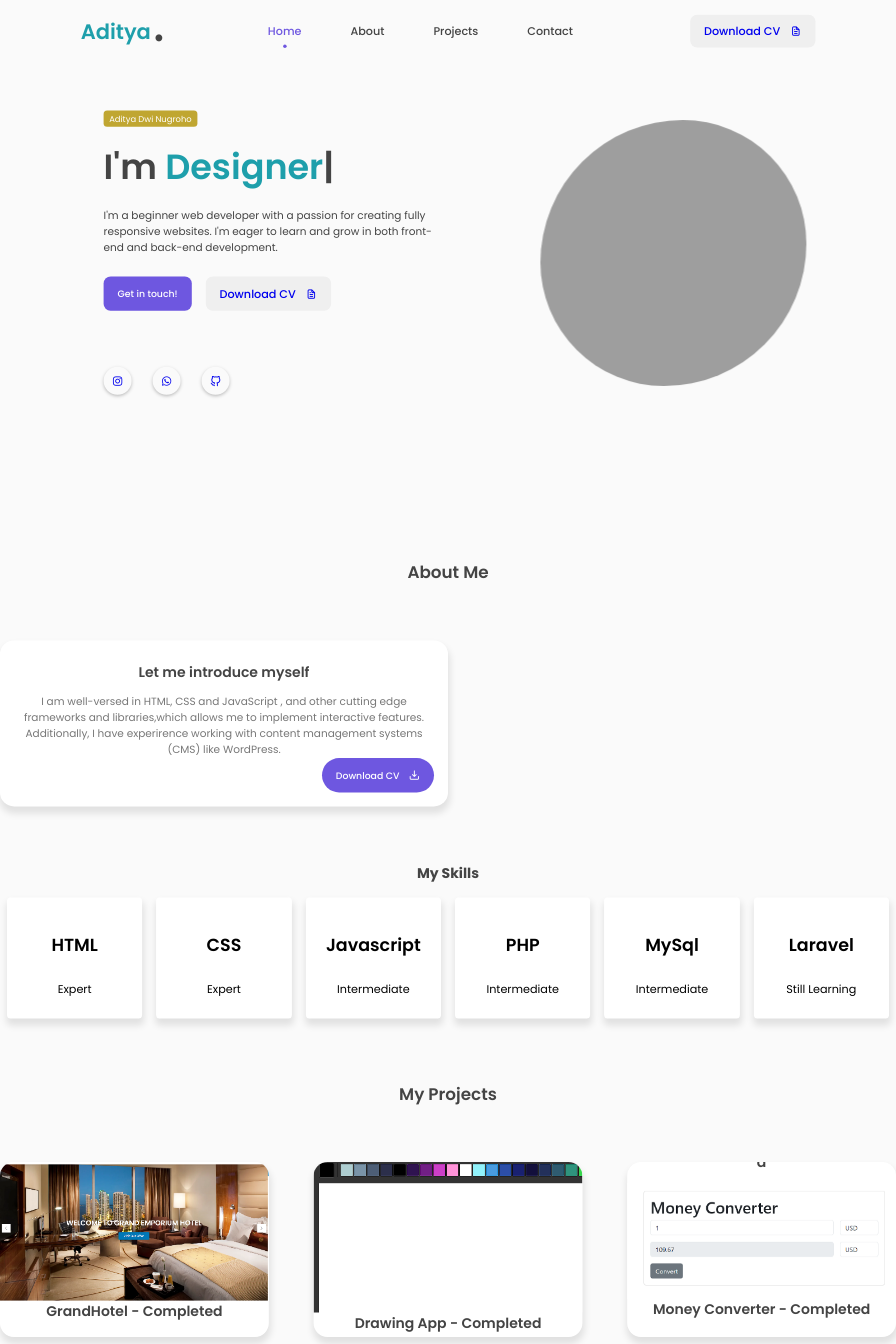
Repository: 4Kbrain/Portofolio
Page: index.html
The author's editor kept a copy of each file at every save. The page is drawn from the files as they stood at one save, then again after a run of saves.
The browser window is 1280 px wide. The pictures show the part of the page from y = 0 to 1920 px (the page is 3007 px tall), at 70% of full size.
Pictures or frames that could not be fetched are drawn as grey boxes.

Above is the page before, as saved 2024-05-15 18:16:14.
Console error: ReferenceError: ScrollReveal is not defined

After the next 3 saves:
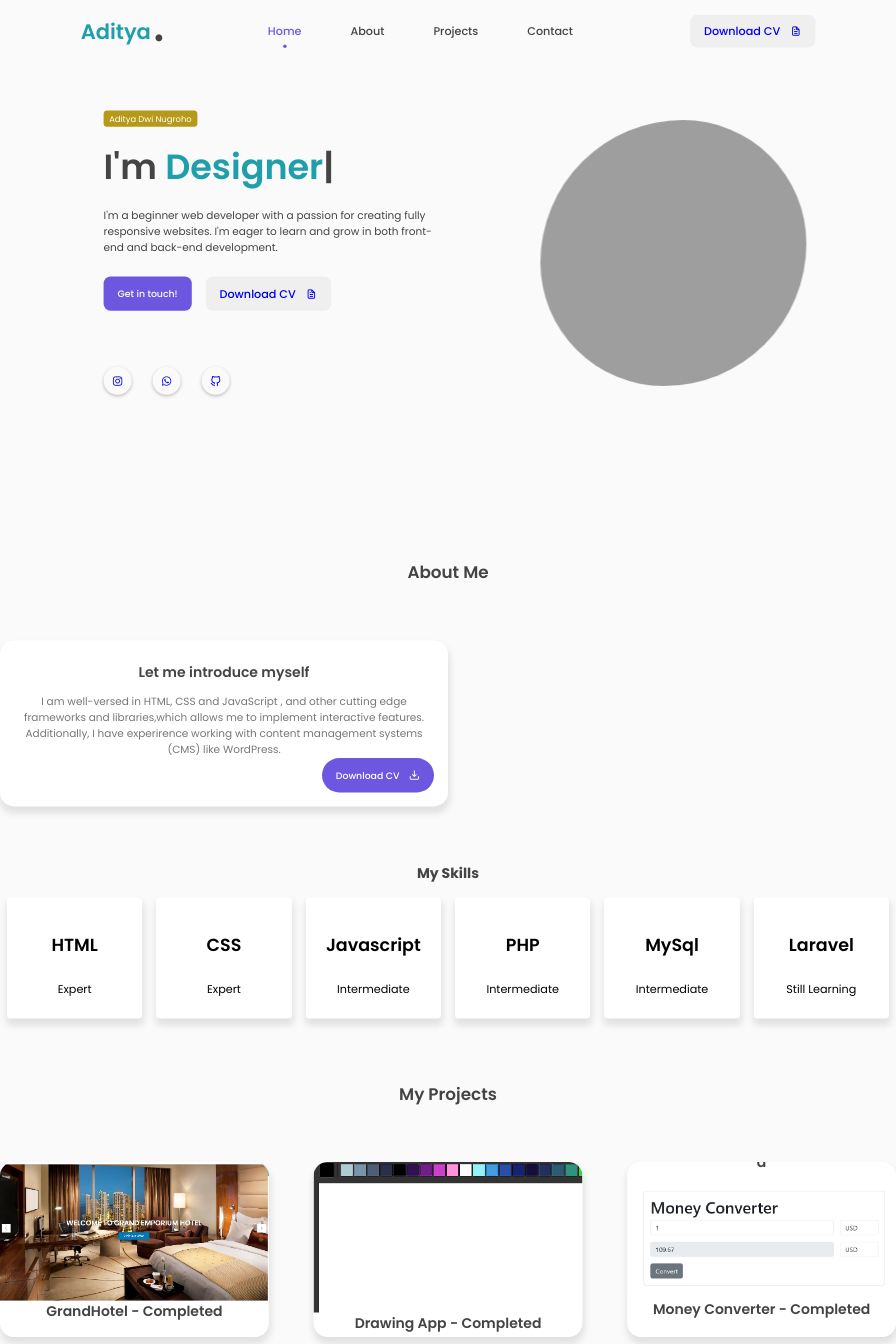
The 3 saves are shown as one change because they came seconds apart.
The last was saved 62 s later.
--- a/assets/css/style.css
+++ b/assets/css/style.css
@@ -11,7 +11,7 @@
     --first-color-hover: rgb(40, 91, 212);
 
     --second-color: #0077b6;
-    --third-color: rgb(192, 166, 49);
+    --third-color: rgb(182, 153, 24);
     --first-shadow-color: rgba(0, 0, 0, 0.1);
 
 }
